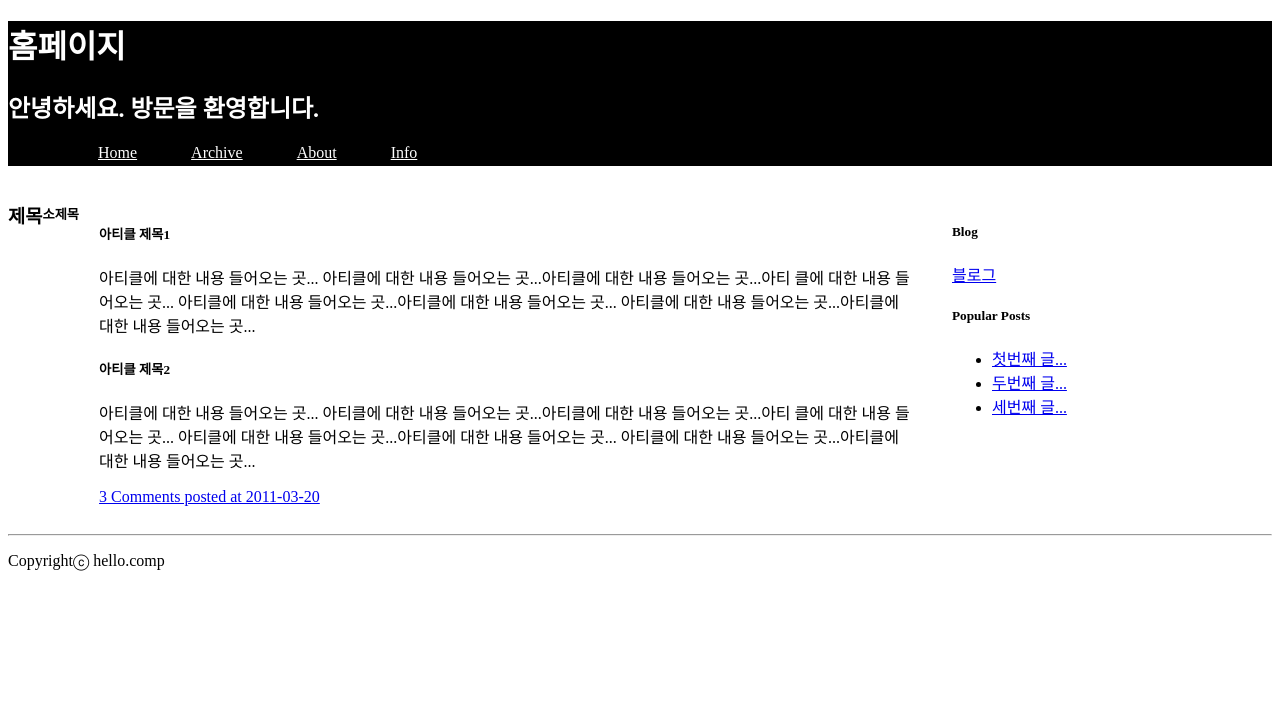
Repository: harin1212/PDA-frontend
Page: 김하린_0728_2/hw2.html
These files come from the project's save history. The page is drawn as it stood at one moment and after the next save; the edit follows.
The browser window is 1280 px wide. The pictures show the whole page.

Above is the page before, as saved 2023-07-28 17:24:58.

### 김하린_0728_2/hw2.html
<!DOCTYPE html>
<html lang="en">
<head>
    <meta charset="UTF-8">
    <meta name="viewport" content="width=device-width, initial-scale=1.0">
    <link rel="stylesheet" href="style/hw2.css">
    <title>HW2</title>
    <style>
        div.line{
            width: 200px;
            height: 10px;
            background-color: rgb(117, 107, 107);
        }
    </style>
</head>
<body>
    <header>
        <h1>홈페이지</h1>
        <h2>안녕하세요. 방문을 환영합니다.</h2>
        <nav>
            <ul>
                <li><a href="#">Home</a></li>
                <li><a href="#">Archive</a></li>
                <li><a href="#">About</a></li>
                <li><a href="#">Info</a></li>
            </ul>
        </nav>
    </header>

    <section class="container">
        <h3>제목</h3>

        <h5>소제목</h5>
        <article>
            <section>
                <h5>아티클 제목1</h5>
                <p>아티클에 대한 내용 들어오는 곳...
                    아티클에 대한 내용 들어오는 곳...아티클에 대한 내용 들어오는 곳...아티
                    클에 대한 내용 들어오는 곳...
                    아티클에 대한 내용 들어오는 곳...아티클에 대한 내용 들어오는 곳...
                    아티클에 대한 내용 들어오는 곳...아티클에 대한 내용 들어오는 곳...
                </p>
            </section>
            <section>
                <h5>아티클 제목2</h5>
                <p>아티클에 대한 내용 들어오는 곳...
                    아티클에 대한 내용 들어오는 곳...아티클에 대한 내용 들어오는 곳...아티
                    클에 대한 내용 들어오는 곳...
                    아티클에 대한 내용 들어오는 곳...아티클에 대한 내용 들어오는 곳...
                    아티클에 대한 내용 들어오는 곳...아티클에 대한 내용 들어오는 곳...
                </p>
            </section>
            <a href="#">3 Comments posted at 2011-03-20</a>

        </article>

        <aside>
            <section>
                <h5>Blog</h5>
                <a href="#">블로그</a>
            </section>
            <section>
                <h5>Popular Posts</h5>
                <ul>
                    <li><a href="#">첫번째 글...</a></li>
                    <li><a href="#">두번째 글...</a></li>
                    <li><a href="#">세번째 글...</a></li>
                </ul>
            </section>

        </aside>
    </section>
    <hr>
    <footer>
        <p>Copyrightⓒ hello.comp</p>
    </footer>
</body>
</html>

### 김하린_0728_2/style/hw2.css
header{
    background-color: rgb(0, 0, 0);
    color: white;
    display: block;
}

header nav ul li a{
    color : white;
    margin-left: 50px;
    float: right;
}

nav ul li{
    display: inline-block;
    list-style: none;
}

div{
    padding: 50px;
}

section article{
    float:left;
}

.container {
    display: flex;
}


article {
    flex: 1;
    padding: 20px;
}

aside {
    flex: 0 0 300px;
    padding: 20px;
}

After the next save:
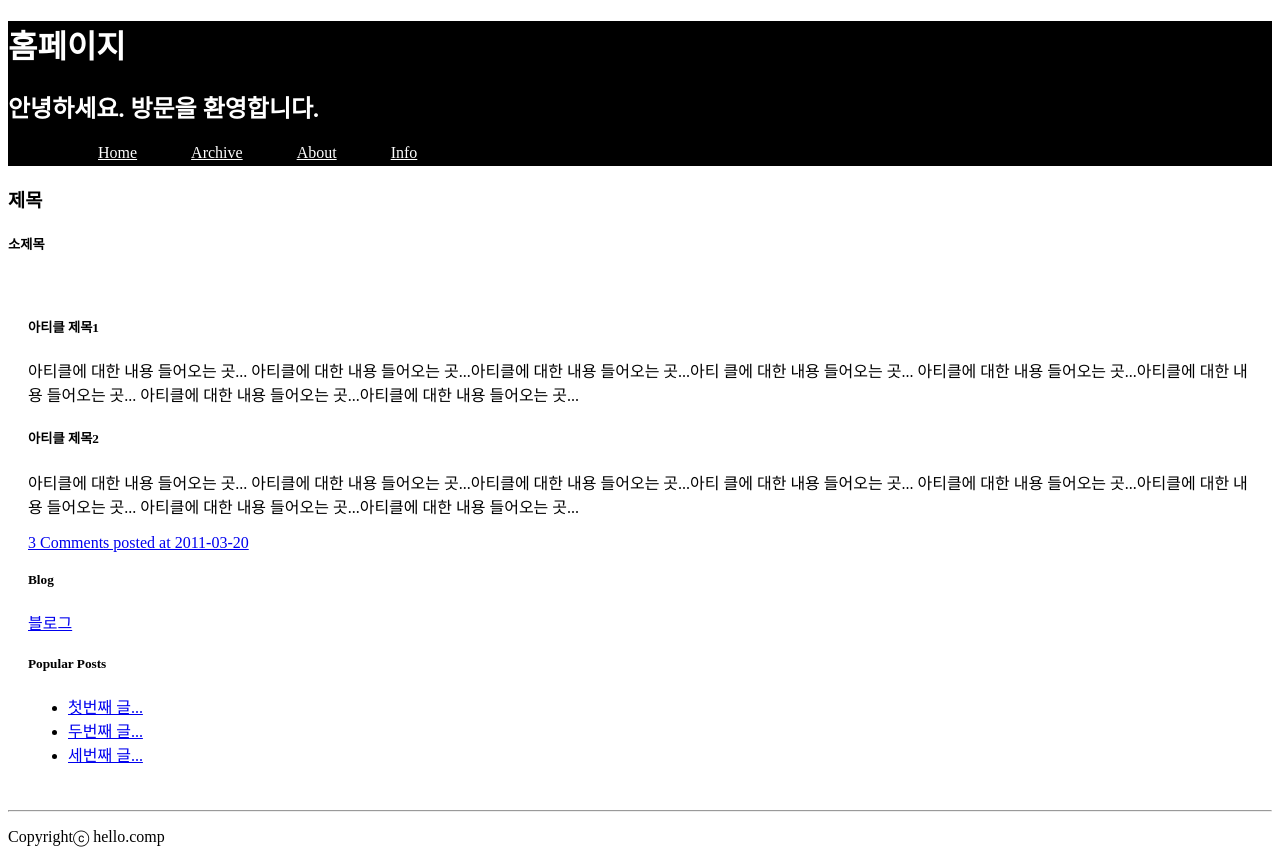
Saved 42 s later.
--- a/김하린_0728_2/style/hw2.css
+++ b/김하린_0728_2/style/hw2.css
@@ -23,9 +23,7 @@ section article{
     float:left;
 }
 
-.container {
-    display: flex;
-}
+
 
 
 article {

After the save that followed:
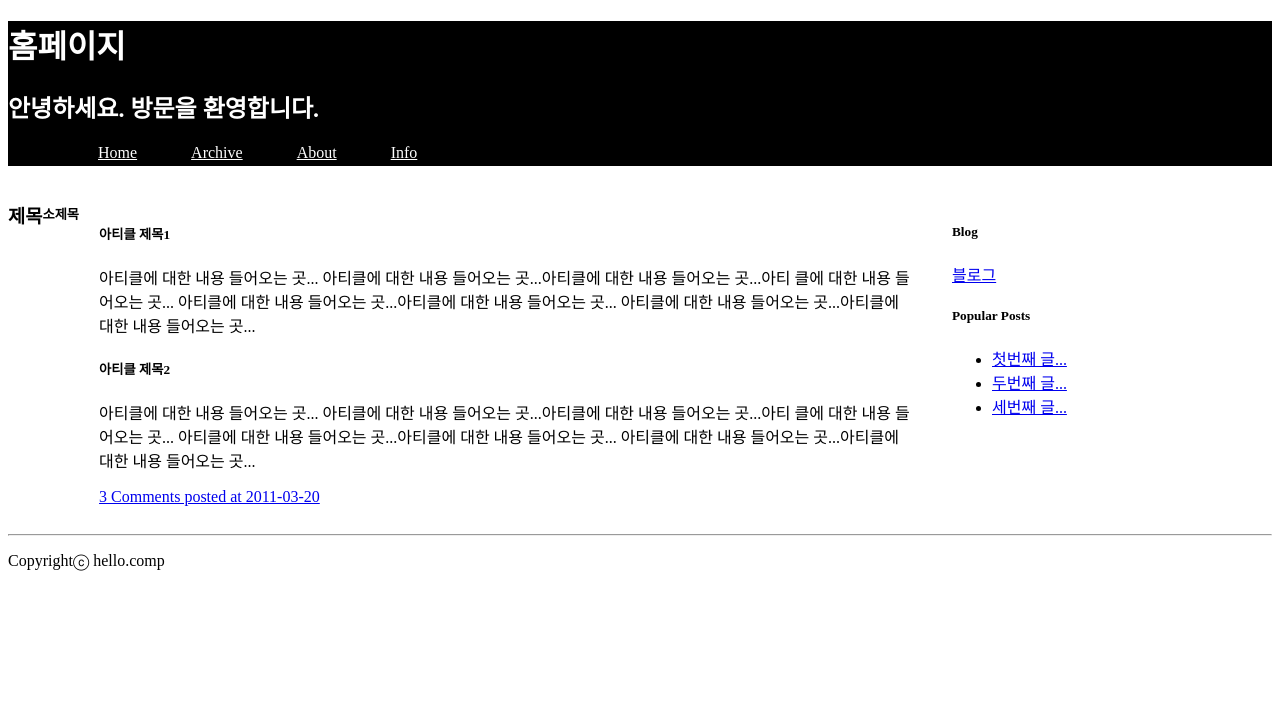
Saved 5 s later.
--- a/김하린_0728_2/style/hw2.css
+++ b/김하린_0728_2/style/hw2.css
@@ -23,7 +23,9 @@ section article{
     float:left;
 }
 
-
+.container {
+    display: flex;
+}
 
 
 article {
